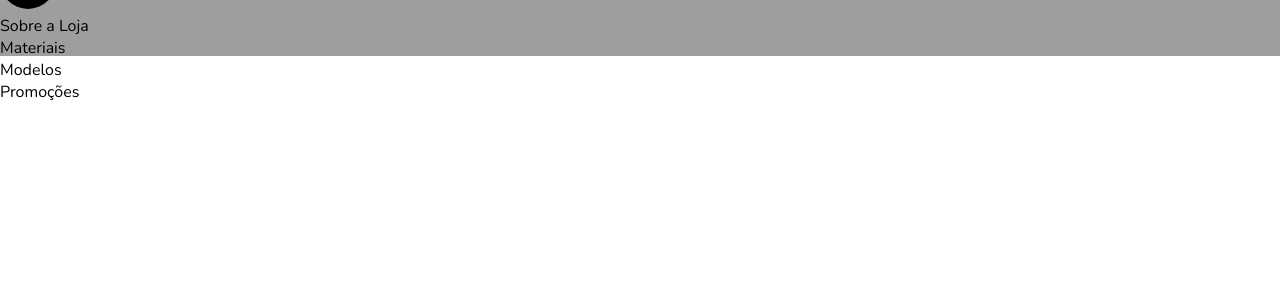
Repository: analessp/dicriastreet
Page: index.html
These files come from the project's save history. The page is drawn as it stood at one moment and after the next save; the edit follows.
The browser window is 1280 px wide. The pictures show the whole page.

Above is the page before, as saved 2025-04-17 10:42:18.

### index.html
<!DOCTYPE html>
<html lang="pt-BR">
<head>
    <meta charset="UTF-8">
    <meta name="viewport" content="width=device-width, initial-scale=1.0">
    <link rel="preconnect" href="https://fonts.googleapis.com">
    <link rel="preconnect" href="https://fonts.gstatic.com" crossorigin>
    <link href="https://fonts.googleapis.com/css2?family=Nunito:ital,wght@0,200..1000;1,200..1000&family=Outfit:wght@100..900&display=swap" rel="stylesheet">
    <title>dicriastreet</title>
    <link rel="stylesheet" href="style.css">
</head>
<body>
    <header>
        <nav>
            <img src="/assets/logo.jfif" alt="Logo dicriastreet"
            id="header-logo">
            <ul>
                <li>Sobre a Loja</li>
                <li>Materiais</li>
                <li>Modelos</li>
                <li>Promoções</li>
            </ul>
        </nav>
    </header>
    <main></main>
    <footer></footer>
</body>
</html>

### style.css
:root {
    --background-color: #000000;
    --background-color: #ffffff;
    --background-color: #e0e0e0;
    --background-color: #9e9e9e;
}

* {
    margin: 0;
    padding: 0;
    font-family: "Nunito", sans-serif;
}

body {
    height: 100vh;
}

header {
    display: flex;
    align-items: center;
    width: 100%;
    height: 3.5rem;
    background-color: var(--background-color);
    gap: 1.5rem;
    padding: 0,5rem 1.5rem;
}

#header-nav {

}

#header-nav ul {
    display: flex;
    color: var(--background-color);
    list-style: none;
    gap: 0.8rem;
}

#header-logo {
    width: 3.5rem;
    border-radius: 100%;
}

After the next save:
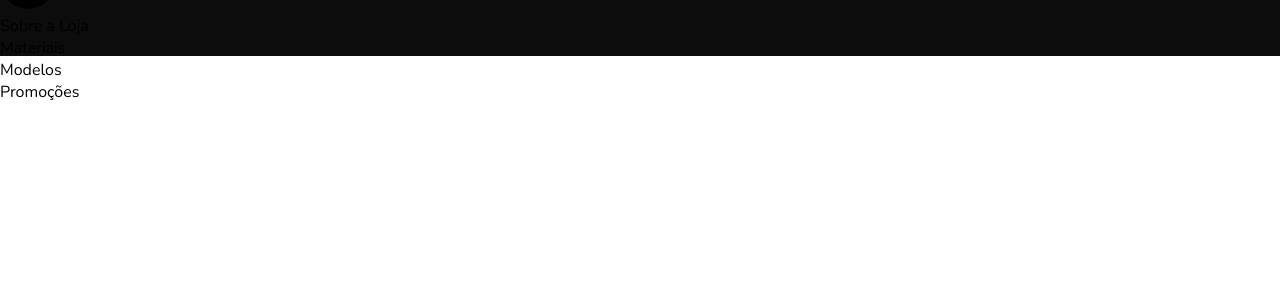
Saved 116 s later.
--- a/style.css
+++ b/style.css
@@ -2,7 +2,7 @@
     --background-color: #000000;
     --background-color: #ffffff;
     --background-color: #e0e0e0;
-    --background-color: #9e9e9e;
+    --background-color: #0c0c0c;
 }
 
 * {
